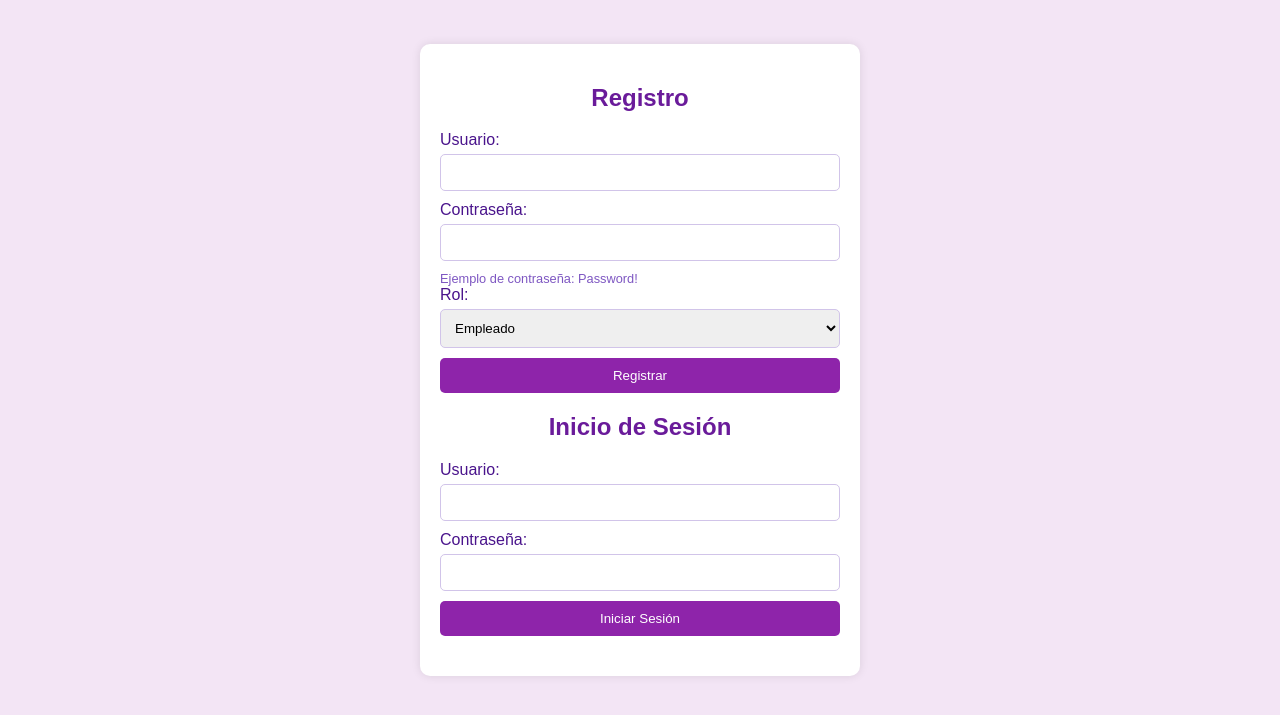
Repository: Connie75/API
Page: index.html
These files come from the project's save history. The page is drawn as it stood at one moment and after a run of saves; the edit follows.
The browser window is 1280 px wide. The pictures show the whole page.

Above is the page before, as saved 2024-07-31 01:06:23.

After the next 2 saves:
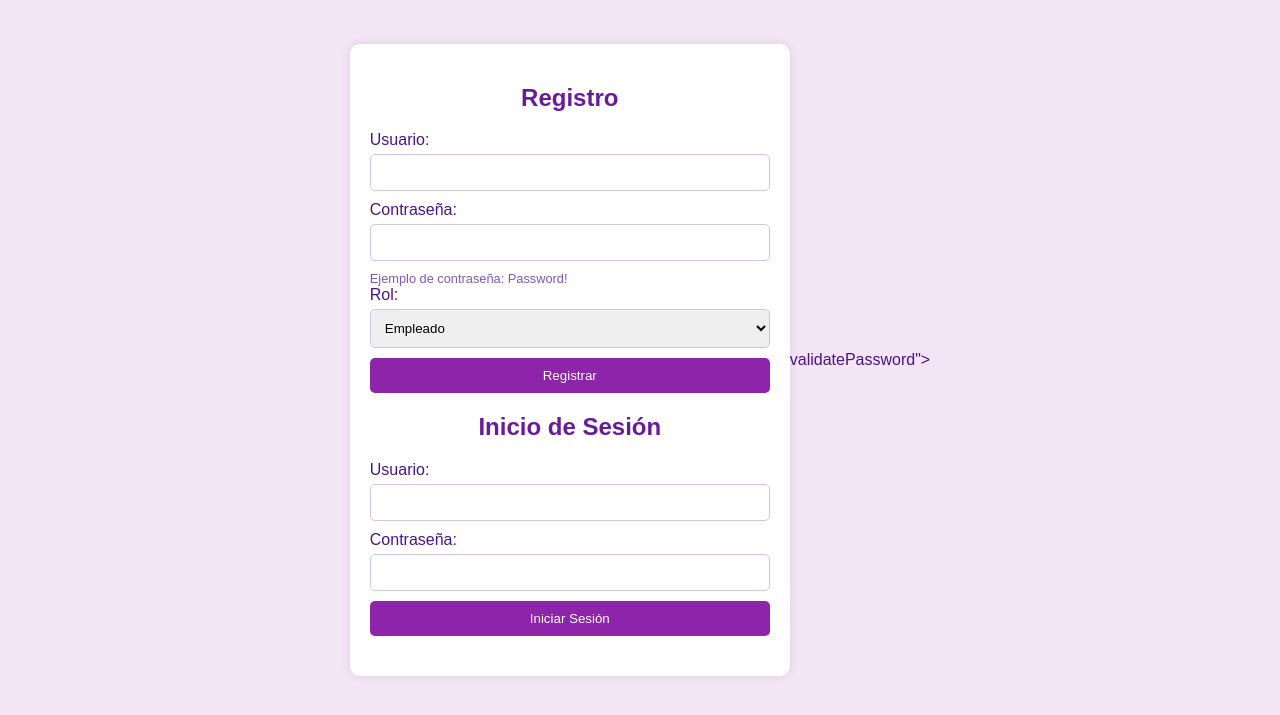
The 2 saves are shown as one change because they came seconds apart.
The last was saved 18 s later.
--- a/index.html
+++ b/index.html
@@ -32,7 +32,6 @@
             <input type="password" id="password" name="password" required>
             <input type="submit" value="Iniciar Sesión">
         </form>
-    </div>
-    <script src="Script.js"></script>
+    </div>validatePassword"></script>
 </body>
 </html>
